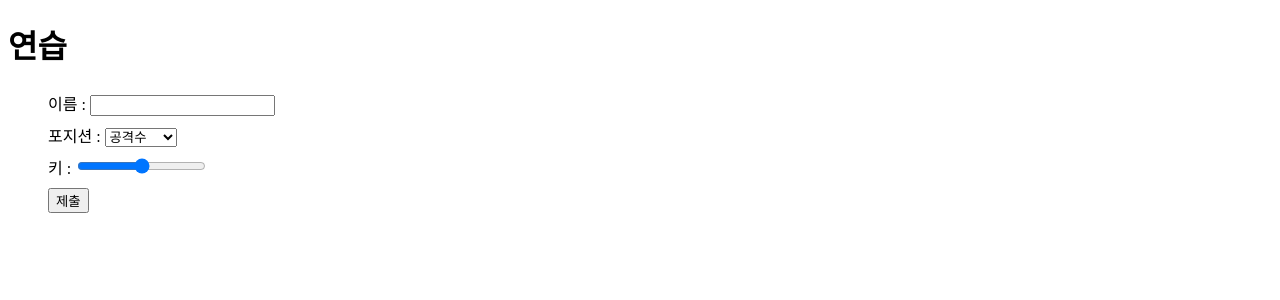
Repository: Simyoungdo04/dynamic-workspace
Page: FirstProject/src/main/webapp/views/practice.html
An editor plug-in stored every save of this project. The page is shown before and after a run of saves, followed by the edit.
The browser window is 1280 px wide. The pictures show the whole page.

Above is the page before, as saved 2026-05-04 08:40:16.

### FirstProject/src/main/webapp/views/practice.html
<!DOCTYPE html>
<html>
<head>
<meta charset="UTF-8">
<title>Insert title here</title>
<style>
	ul{
		list-style: none;
		line-height: 200%;
	}
</style>
</head>
<body>
	<h1>연습</h1>
	<form method="get" action="http://localhost:8088/first/practice.do">
		<ul>
			<li>
				이름 : <input type="text" name="name"/>
			</li>
			<li>
				포지션 :
				<select name="position">
					<option>공격수</option>
					<option>미드필더</option>
					<option>수비수</option>
				</select>
			</li>
			<li>
				키 : <input type="range" min="160" max="210" name="height"/>
			</li>
			<li>

			</li>
			<li>

			</li>
			<li>

			</li>
			<li>

			</li>
			<li>

			</li>
			<li>

			</li>
			<li>
				<button type="submit">제출</button>
			</li>
		</ul>
	</form>
</body>
</html>

After the next 2 saves:
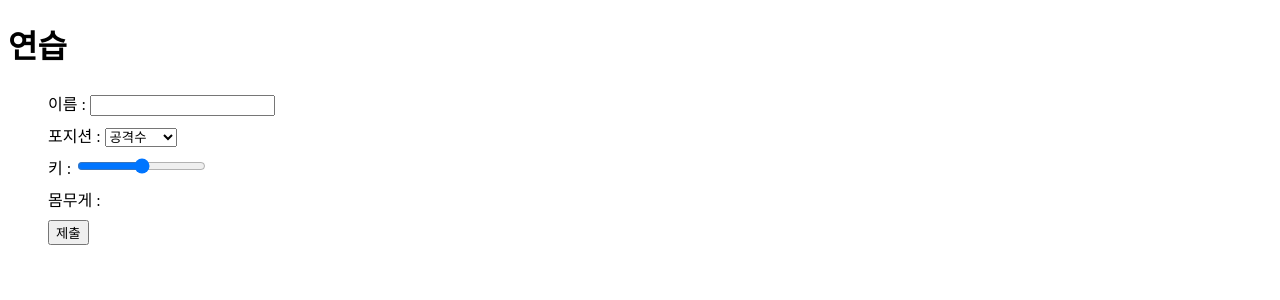
The 2 saves are shown as one change because they came seconds apart.
The last was saved 13 s later.
--- a/FirstProject/src/main/webapp/views/practice.html
+++ b/FirstProject/src/main/webapp/views/practice.html
@@ -29,7 +29,7 @@
 				키 : <input type="range" min="160" max="210" name="height"/>
 			</li>
 			<li>
-
+				몸무게 :
 			</li>
 			<li>
 
